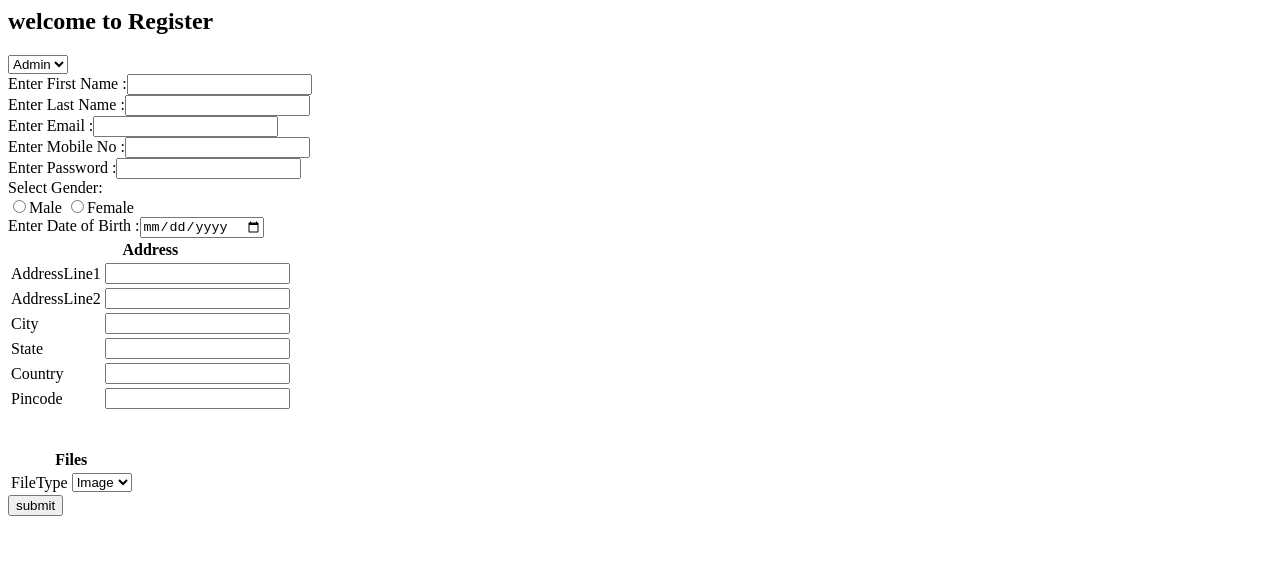
Repository: kewatraviraj/My_Work
Page: http://localhost/registration/
The author's editor kept a copy of each file at every save. The page is drawn from the files as they stood at one save, then again after the next save.
The browser window is 1280 px wide. The pictures show the whole page.
The page is served by Tomcat 9.

Above is the page before, as saved 2018-08-30 10:46:13.

After the next save:
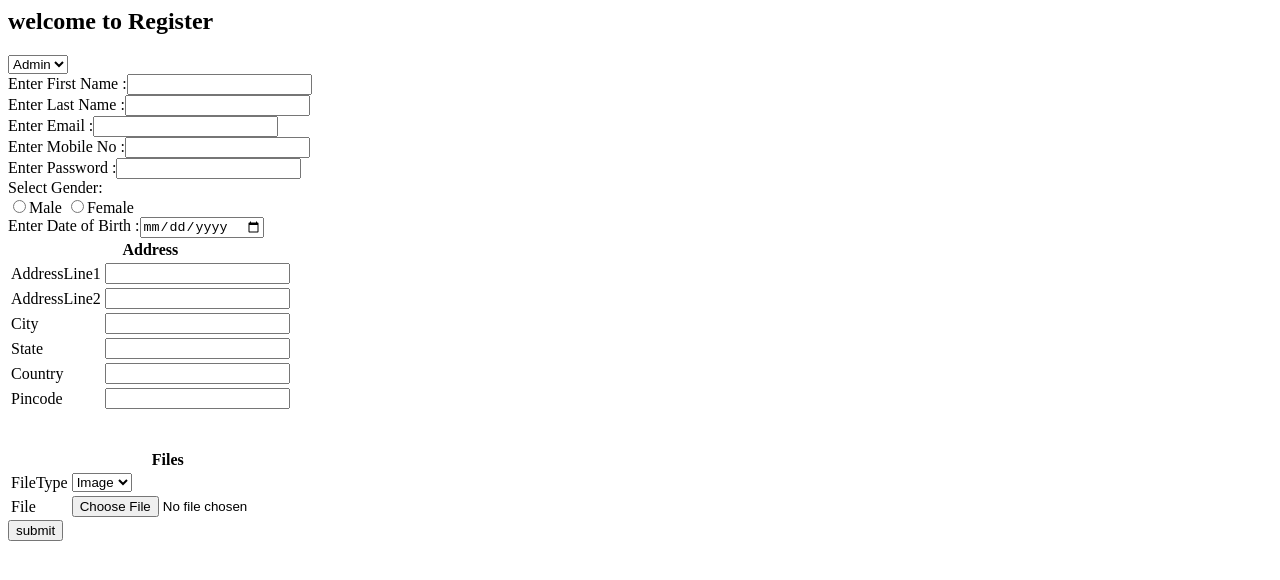
Saved 84 s later.
--- a/Eclipsework/registration/src/main/webapp/index.jsp
+++ b/Eclipsework/registration/src/main/webapp/index.jsp
@@ -46,7 +46,11 @@
 				<td>FileType</td>
 				<td><select name="file_type">
 						<option value="image">Image</option>
-					</select></td>
+					</select>
+				</td>
+			</tr>
+			<tr>
+				<td>File</td><td><input type="file" name="file"></td>
 			</tr>
 		</table>
 
